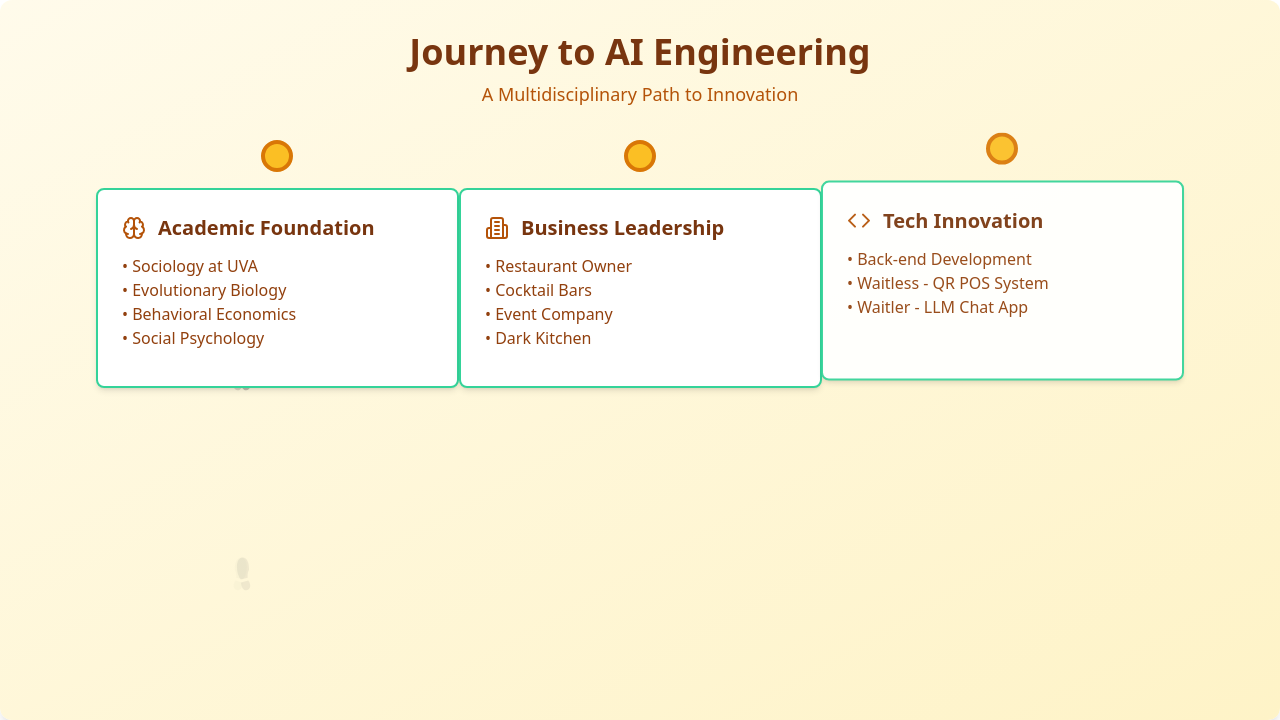
Repository: Galbaz1/dell_presentation
Page: /
An editor plug-in stored every save of this project. The page is shown before and after the next save, followed by the edit.
The browser window is 1280 px wide. The pictures show the whole page.
The project was rebuilt for these pictures with package versions that can differ from the ones it lists, and the page was loaded fresh each time. The framework's server and built-in components were replaced by stand-ins that run in the browser.

Above is the page before, as saved 2024-11-11 13:11:32.

After the next save:
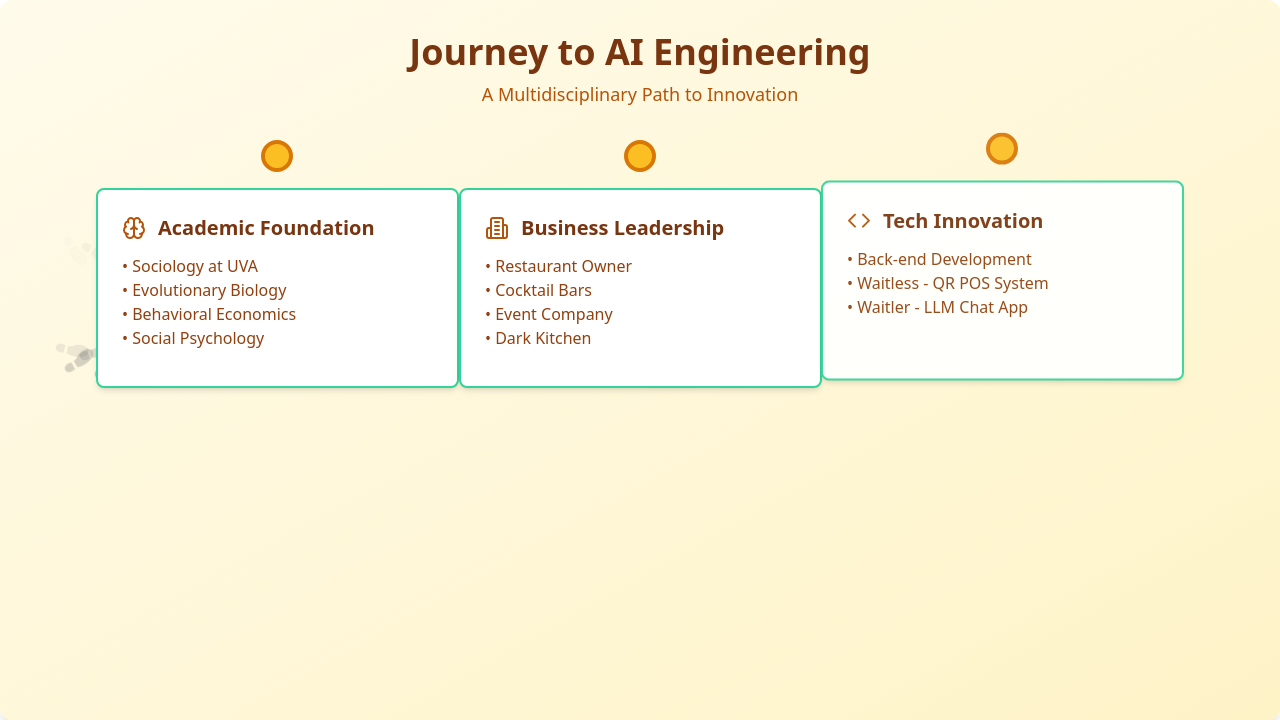
Saved 2 min 28 s later.
--- a/components/FootstepsAnimation.tsx
+++ b/components/FootstepsAnimation.tsx
@@ -41,35 +41,51 @@ const FootstepsAnimation: React.FC = () => {
   useEffect(() => {
     if (!leftFootRef.current || !rightFootRef.current || !ghostTrailRef.current) return;
 
-    // Define the paths for each block
+    // Define the paths with curved transitions and natural walking distances
     const blockPaths = {
       academic: [
-        { x: 100, y: 100 },  // Starting position
-        { x: 0, y: 100 },    // Left
-        { x: 0, y: 200 },    // Down
-        { x: 100, y: 200 },  // Right
-        { x: 100, y: 100 },  // Up
+        { x: 150, y: 80 },   // Start above Academic block
+        { x: 140, y: 70 },   // Slight curve up
+        { x: 50, y: 70 },    // Move left with slight rise
+        { x: 40, y: 80 },    // Curve down at corner
+        { x: 40, y: 180 },   // Down left side
+        { x: 50, y: 190 },   // Curve at bottom left
+        { x: 150, y: 190 },  // Move right along bottom
+        { x: 160, y: 180 },  // Curve at bottom right
+        { x: 160, y: 80 },   // Up right side
+        { x: 180, y: 70 },   // Curve out for transition
       ],
       business: [
-        { x: 300, y: 100 },
-        { x: 200, y: 100 },
-        { x: 200, y: 200 },
-        { x: 300, y: 200 },
-        { x: 300, y: 100 },
+        { x: 380, y: 70 },   // Approach Business block
+        { x: 390, y: 70 },   // Slight curve up
+        { x: 300, y: 70 },   // Move left with slight rise
+        { x: 290, y: 80 },   // Curve down at corner
+        { x: 290, y: 180 },  // Down left side
+        { x: 300, y: 190 },  // Curve at bottom left
+        { x: 400, y: 190 },  // Move right along bottom
+        { x: 410, y: 180 },  // Curve at bottom right
+        { x: 410, y: 80 },   // Up right side
+        { x: 430, y: 70 },   // Curve out for transition
       ],
       tech: [
-        { x: 500, y: 100 },
-        { x: 400, y: 100 },
-        { x: 400, y: 200 },
-        { x: 500, y: 200 },
-        { x: 500, y: 100 },
+        { x: 630, y: 70 },   // Approach Tech block
+        { x: 640, y: 70 },   // Slight curve up
+        { x: 550, y: 70 },   // Move left with slight rise
+        { x: 540, y: 80 },   // Curve down at corner
+        { x: 540, y: 180 },  // Down left side
+        { x: 550, y: 190 },  // Curve at bottom left
+        { x: 650, y: 190 },  // Move right along bottom
+        { x: 660, y: 180 },  // Curve at bottom right
+        { x: 660, y: 80 },   // Up right side
+        { x: 670, y: 70 },   // Final position
       ],
     };
 
     const createGhostTrail = (
       element: SVGSVGElement,
       x: number,
-      y: number
+      y: number,
+      rotation: number = 0
     ): void => {
       if (!ghostTrailRef.current) return;
 
@@ -77,13 +93,15 @@ const FootstepsAnimation: React.FC = () => {
       ghost.style.position = 'absolute';
       ghost.style.left = `${x}px`;
       ghost.style.top = `${y}px`;
+      ghost.style.transform = `rotate(${rotation}deg)`;
       ghost.classList.add('ghost-trail');
 
       ghostTrailRef.current.appendChild(ghost);
 
       gsap.to(ghost, {
         opacity: 0,
-        duration: 2,
+        duration: 3,
+        ease: "power1.out",
         onComplete: () => ghost.remove(),
       });
     };
@@ -91,33 +109,44 @@ const FootstepsAnimation: React.FC = () => {
     const animateFootstep = (
       foot: SVGSVGElement,
       path: Array<{x: number, y: number}>,
-      delay: number
+      delay: number,
+      isLeft: boolean
     ): void => {
       path.forEach((point, index) => {
+        const prevPoint = index > 0 ? path[index - 1] : point;
+        const rotation = Math.atan2(point.y - prevPoint.y, point.x - prevPoint.x) * 180 / Math.PI;
+
         gsap.to(foot, {
-          x: point.x,
+          x: point.x + (isLeft ? -12 : 12),
           y: point.y,
-          duration: 0.5,
-          delay: delay + (index * 1),
-          onComplete: () => createGhostTrail(foot, point.x, point.y),
+          rotation: rotation,
+          duration: 0.4,
+          delay: delay + (index * 0.8),
+          ease: "power2.inOut",
+          onComplete: () => createGhostTrail(
+            foot,
+            point.x + (isLeft ? -12 : 12),
+            point.y,
+            rotation
+          ),
         });
       });
     };
 
-    // Start animations
+    // Start animations with proper timing
     const timeline = gsap.timeline();
 
     // Academic block
-    animateFootstep(leftFootRef.current, blockPaths.academic, 0);
-    animateFootstep(rightFootRef.current, blockPaths.academic, 0.5);
+    animateFootstep(leftFootRef.current, blockPaths.academic, 0, true);
+    animateFootstep(rightFootRef.current, blockPaths.academic, 0.4, false);
 
-    // Business block
-    animateFootstep(leftFootRef.current, blockPaths.business, 5);
-    animateFootstep(rightFootRef.current, blockPaths.business, 5.5);
+    // Business block (start after academic block)
+    animateFootstep(leftFootRef.current, blockPaths.business, 8, true);
+    animateFootstep(rightFootRef.current, blockPaths.business, 8.4, false);
 
-    // Tech block
-    animateFootstep(leftFootRef.current, blockPaths.tech, 10);
-    animateFootstep(rightFootRef.current, blockPaths.tech, 10.5);
+    // Tech block (start after business block)
+    animateFootstep(leftFootRef.current, blockPaths.tech, 16, true);
+    animateFootstep(rightFootRef.current, blockPaths.tech, 16.4, false);
 
     return () => {
       timeline.kill();
